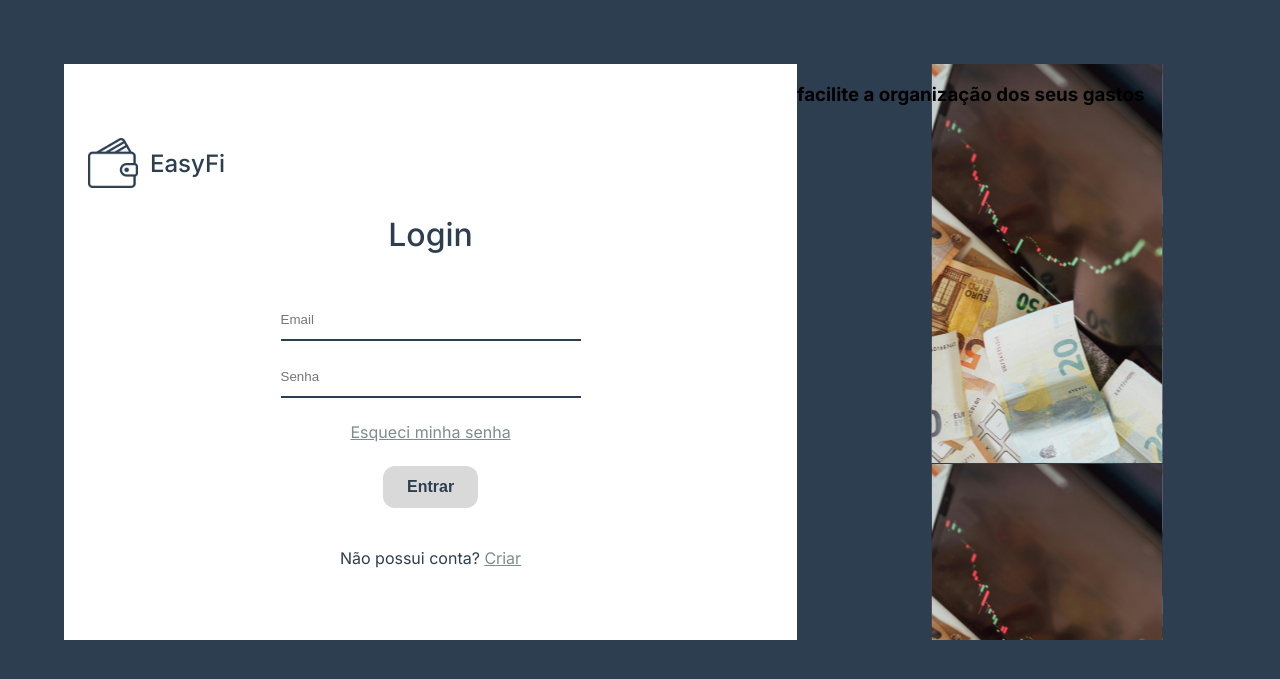
Repository: Ingridiag/projeto-engenharia
Page: login.html
These files come from the project's save history. The page is drawn as it stood at one moment and after a run of saves; the edit follows.
The browser window is 1280 px wide. The pictures show the whole page.

Above is the page before, as saved 2024-10-28 17:05:46.

### login.html
<!DOCTYPE html>
<html lang="pt">

<head>
    <meta charset="UTF-8">
    <meta name="viewport" content="width=device-width, initial-scale=1.0">
    <link rel="preconnect" href="https://fonts.googleapis.com">
<link rel="preconnect" href="https://fonts.gstatic.com" crossorigin>
<link href="https://fonts.googleapis.com/css2?family=Inter:ital,opsz,wght@0,14..32,100..900;1,14..32,100..900&display=swap"
rel="stylesheet">
    <link rel="stylesheet" href="style.css">
    <title>Login</title>
</head>

<body>
    <div class="container">

        <!-- Tela Login -->
        <div class="login">
            <div class="primeira-coluna">
                <div class="logo">
                    <img src="imagens/logo-azul 1.svg" alt="logo">
                    <h1>EasyFi</h1>
                </div>
                <div class="formulario">
                    <h1 class="title">Login</h1>
                    <form >
                        <input type="email" placeholder="Email">
                        <input type="password" placeholder="Senha">
                    </form>
                    <div class="uses">
                        <a href="#" class="link">Esqueci minha senha</a>

                    </div>
                    <div class="btn-default">
                        <button>
                            Entrar
                        </button>
                    </div>
                    <div >
                        <p>Não possui conta?
                            <span>
                                <a href="#" class="link">Criar</a>
                            </span>
                        </p>
                    </div>
                </div>
            </div>
            <div class="decor">
                <h3 class="mensagem">
                    facilite a organização dos seus gastos
                </h3>

            </div>
        </div>



        <div class="cadastro">
            <!-- Tela Cadastro -->
            <div class="decor">
                <h3 class="mensagem">
                    facilite a organização dos seus gastos
                </h3>
            </div>

            <div class="primeira-coluna">
                <div class="logo">
                    <img src="imagens/logo-azul 1.svg" alt="logo">
                    <h1>EasyFi</h1>
                </div>
                <div class="formulario">
                    <h1 class="title">Criar Conta</h1>
                    <form >
                        <input type="text" placeholder="Nome">
                        <input type="email" placeholder="Email">
                        <input type="password" placeholder="Senha">
                        <input type="password" placeholder=" Confirmar senha">
                    </form>
                    <div>
                        <a href="#" class="link">Esqueci minha senha</a>

                    </div>
                    <div class="btn-default">
                        <button>
                            Entrar
                        </button>
                    </div>
                    <div class="uses">
                        <p>Já possui conta?
                            <span>
                                <a href="#" class="link">Login</a>
                            </span>
                        </p>
                    </div>
                </div>
            </div>
        </div>


    </div>

</body>

</html>

### style.css
body {
    margin: 0;
    padding: 0;
    box-sizing: border-box;
    background: #2C3E50;
    font-family: "Inter", sans-serif;
}

.container {
    display: flex;
    justify-content: center;
    align-items: center;
    margin: 0 auto;
    padding: 5%;
}

.login {
    width: 100%;
    height: 80vh;

    display: flex;
    align-items: center;
    justify-content: space-between;
}

.primeira-coluna {
    width: 70%;
    height: 100%;
    display: flex;
    flex-direction: column;
    justify-content: center;
    background: #fff;
}

.logo {
    display: flex;
    gap: 12px;
    align-items: center;
    padding: 12px 24px 0;
    color: #2C3E50;

    h1 {
        font-size: 24px;
        font-weight: 500;
    }
    img{
        width: 50px;

    }

}

.formulario {
    display: flex;
    flex-direction: column;
    align-items: center;
    gap: 24px;
    color: #2C3E50;
    h1{
        font-weight: 500;}
}

.formulario form {
    display: flex;
    flex-direction: column;
    gap: 16px;
}

.formulario form input {
    width: 300px;
    padding: 12px 0px;
    background: none;
    border: none;
    border-bottom: 2px solid #2C3E50;
    outline: none;
    color: #2C3E50;

}

.formulario a {
    color: #7F8C8D;
}

.btn-default button {
    background: #D9D9D9;
    border: none;
    border-radius: 12px;
    padding: 12px 24px;
    font-size: 16px;
    transition: 0.2s ease;
    cursor: pointer;
    color: #2C3E50;
    font-weight: 600;
}

.btn-default button:hover {
    background: #F4EEEE;
    color: #577695;
    transform: scale(1.1);
}
.decor{
  width: 40%;
  height: 80vh;
  background-image: url( imagens/imagem_background.svg);
  background-size: 500px 400px;
}

.cadastro {
    display: none;
    flex-direction: column;
    position: relative;
}

After the next 3 saves:
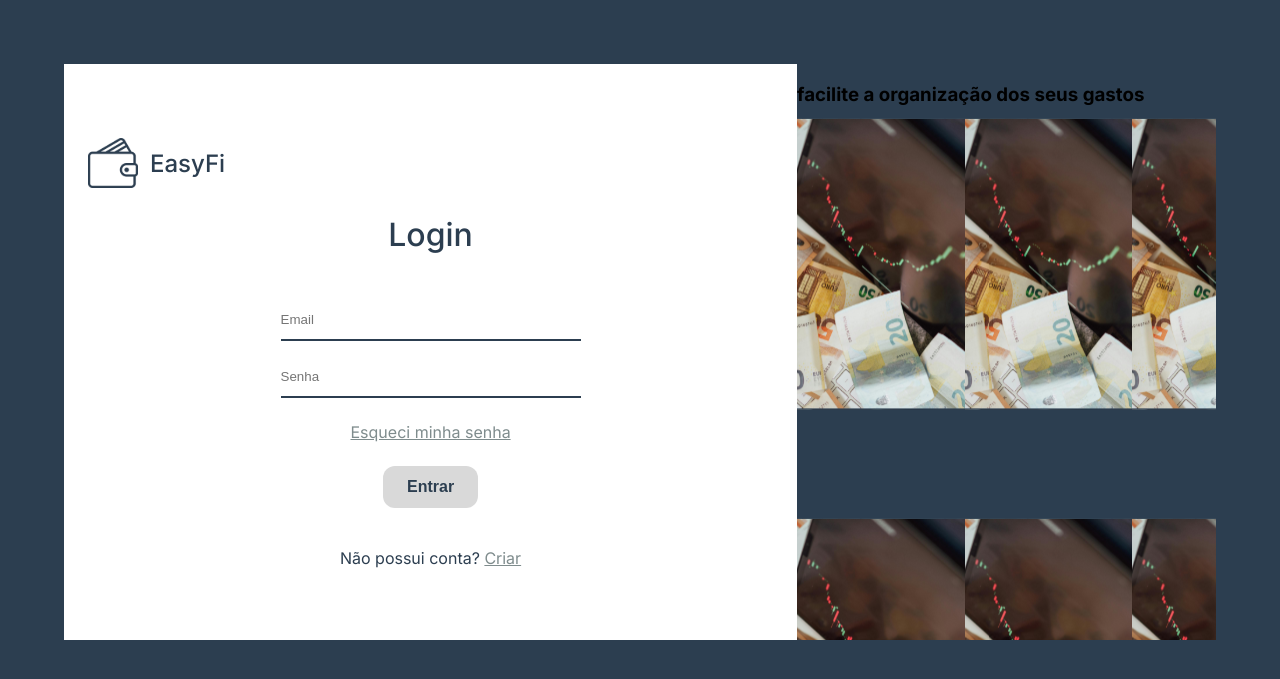
The 3 saves are shown as one change because they came seconds apart.
The last was saved 9 s later.
--- a/style.css
+++ b/style.css
@@ -102,7 +102,7 @@ body {
   width: 40%;
   height: 80vh;
   background-image: url( imagens/imagem_background.svg);
-  background-size: 500px 400px;
+  background-size: 40% 400px;
 }
 
 .cadastro {
